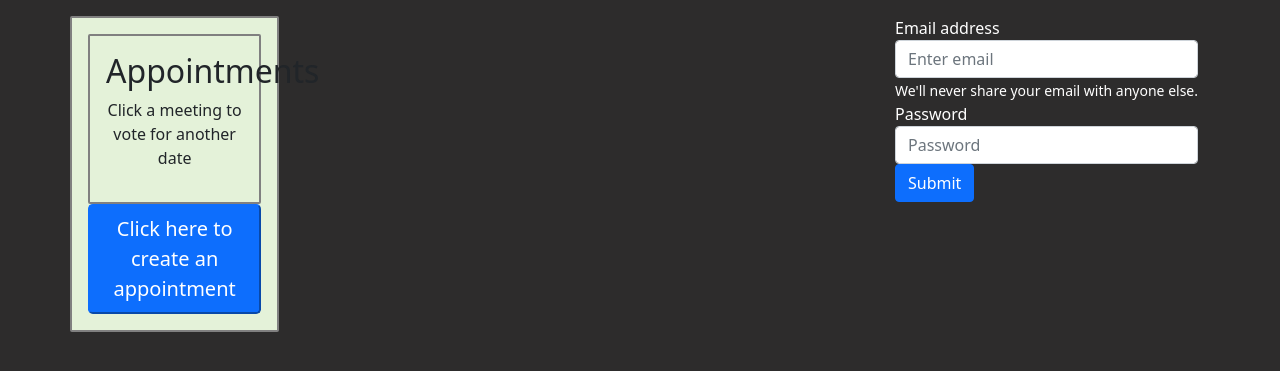
Repository: wlichon/Semesterprojekt
Page: index.html
The author's editor kept a copy of each file at every save. The page is drawn from the files as they stood at one save, then again after the next save.
The browser window is 1280 px wide. The pictures show the whole page.
The page's requests for data from a server got no answer. Some web libraries are served in a nearby version.

Above is the page before, as saved 2022-04-22 20:38:43.

### index.html
<!DOCTYPE html>
<html lang="en">
<head>
    <link href="https://cdn.jsdelivr.net/npm/bootstrap@5.1.3/dist/css/bootstrap.min.css" rel="stylesheet" integrity="sha384-1BmE4kWBq78iYhFldvKuhfTAU6auU8tT94WrHftjDbrCEXSU1oBoqyl2QvZ6jIW3" crossorigin="anonymous">
    <link rel="stylesheet" href="https://cdn.jsdelivr.net/npm/bootstrap-icons@1.8.1/font/bootstrap-icons.css">
    <script
    src="https://code.jquery.com/jquery-3.6.0.min.js"
    integrity="sha256-/xUj+3OJU5yExlq6GSYGSHk7tPXikynS7ogEvDej/m4="
    crossorigin="anonymous"></script>
    <script src="https://cdnjs.cloudflare.com/ajax/libs/jqueryui/1.12.1/jquery-ui.min.js" integrity="sha512-uto9mlQzrs59VwILcLiRYeLKPPbS/bT71da/OEBYEwcdNUk8jYIy+D176RYoop1Da+f9mvkYrmj5MCLZWEtQuA==" crossorigin="anonymous" referrerpolicy="no-referrer"></script>
    <meta charset="UTF-8">
    <meta http-equiv="X-UA-Compatible" content="IE=edge">
    <meta name="viewport" content="width=device-width, initial-scale=1.0">
    <link rel="stylesheet" href="frontend/css/mystyle.css">
    <script src="frontend/script/script.js" defer></script>
    <title>Appointment Finder</title>
</head>
<body class="d-flex justify-content-center">
    <div class="container m-3 d-flex justify-content-center">
        <div class="events row flex-grow-1" id="events">
            <div class="col-md-3 d-flex justify-content-between" style="flex-direction: column">

                <div class="col">
                    <h2 class="align-self-center">Appointments</h2>
                    <p class="">Click a meeting to vote for another date</p>
                </div>
                <button class = "btn-primary btn-lg" id = "createappointment"> Click here to create an appointment</button>


                </div>
             </div>

            <div class="appointments row flex-grow-1" id="appointments">
                <div class="col-md d-flex justify-content-between" style="flex-direction: column">
                    <div class="row h-80">
                        <div class="col">
                           <h2 class="align-self-center">Options</h2>
                        </div>
                    </div>
                    <div class="row inputs h-20 align-self-bottom">
                        <div class="col-md">
                            <i class="bi bi-person-circle m-1"></i><input type="text" placeholder="Name">
                        </div>
                    </div>

                </div>




                <!--
                    <div id = "appointment"
                <div class="col-md">
                    <div class="row h-80">
                        <div class="col wrapper">
                            <h4>Dez</h4>
                            <h3>23</h3>
                            <p>Mi</p>
                            <p>11:40</p>
                            <p>13:00</p>
                        </div>
                    </div>
                    <div class="row inputs h-20">
                        <div class="col-md"><input class="form-check-input" type="checkbox" value=""></div>
                    </div>


                </div>
                <div class="btn btn-primary col-auto p-1" id="lslide">
                    <i class="bi bi-chevron-left"></i>
                </div>

                <div class="row mt-5 comment">
                    <div class="input-group input-group-lg">
                        <span class="input-group-text" id="inputGroup-sizing-lg">Comment</span>
                        <input type="text" class="form-control" aria-label="Sizing example input" aria-describedby="inputGroup-sizing-lg">
                        <button class="btn btn-outline-secondary bg-primary text-white" type="button" id="submit">Submit</button>
                    </div>
                </div>
            -->
        </div>
        <form id = "createappointmentform">
            <div class="form-group">
              <label for="exampleInputEmail1" class ="text-white">Email address</label>
              <input type="email" class="form-control" id="exampleInputEmail1" aria-describedby="emailHelp" placeholder="Enter email">
              <small id="emailHelp" class="form-text text-white">We'll never share your email with anyone else.</small>
            </div>
            <div class="form-group">
              <label for="exampleInputPassword1" class ="text-white">Password</label>
              <input type="password" class="form-control" id="exampleInputPassword1" placeholder="Password">
            </div>
            <button type="submit" class="btn btn-primary">Submit</button>
          </form>

            </div>


    <script src="https://cdn.jsdelivr.net/npm/bootstrap@5.1.3/dist/js/bootstrap.bundle.min.js" integrity="sha384-ka7Sk0Gln4gmtz2MlQnikT1wXgYsOg+OMhuP+IlRH9sENBO0LRn5q+8nbTov4+1p" crossorigin="anonymous"></script>
</body>
</html>

### frontend/css/mystyle.css
[class*="col"]{
    text-align:center;
    border: 2px solid grey;
    padding: 1rem;
    border-radius: 2px;
    background-color:rgb(228, 242, 217);
}

.bi-person-circle{
    font-size: 1.5rem;
}

.inputs > div{
    background-color: rgb(89, 209, 61);
}

body{
    background-color:rgb(45, 44, 44);
}

.wrapper{
    border-radius: 5px;
    border: none;
    background-color: lightcyan;
}

.container{
    border-radius: 5px;
}

#lslide{
    background-color:blue;
    border-radius:10px;
}

.event{
    cursor: pointer;
}

.event:hover{
    background-color:blue;
}

.noevent:hover{
    pointer-events: none;
}

### frontend/script/script.js
"use strict";
var months = ["Jan", "Feb", "Mar", "Apr", "May", "Jun", "Jul", "Aug", "Sep", "Oct", "Nov", "Dec"];
var days = ["Mon", "Tue", "Wed", "Thu", "Fri", "Sat", "Sun"];
var slidebutton = "<div class='btn btn-primary col-auto p-1' id='lslide'><i class='bi bi-chevron-left'></i></div>";
var commentbar = "<div class='row mt-5 comment'><div class='input-group input-group-lg'><span class='input-group-text' id='inputGroup-sizing-lg'>Comment</span><input type='text' class='form-control' aria-label='Sizing example input' aria-describedby='inputGroup-sizing-lg'><button class='btn btn-outline-secondary bg-primary text-white' type='button' id='submit'>Submit</button></div></div>";
$(function () {
    $("#appointments").hide();
    $("#events").hide();
    $.ajax({
        type: "GET",
        url: "backend/serviceHandler.php",
        cache: false,
        data: { function: "loadAppointments" },
        dataType: "json",
        success: function (response) {
            // bei sucess liefert loadAppointments ein Array mit den ganzen Appointments in dem Format:
            //  Appointment("25-06-2027", "Meeting4", "22-05-2025 19:30:00", "18:00", "18:30", [2, 3]) also:
            // Appointment("Tag-Monat-Jahr", "MeetingNummer", "ExpirationDate", "UhrzeitBeginn", "Uhrzeitende", "OptionsID");
            // Appointment ($date,$title,$votingExpirationDate,$begin,$end,$optionIDs)3222
            console.log("success");
            $.each(response, function (i, val) {
                var counter = 1;
                var date = new Date(val["date"]["date"]);
                var month = months[date.getMonth()];
                var day = days[date.getDay()];
                var dayOfMonth = date.getDate();
                var year = date.getFullYear();
                var expiration = val["votingExpirationDate"]["date"].substr(0, 19);
                var begin = val["begin"]["date"].substr(11).substr(0, 8);
                var end = val["end"]["date"].substr(11).substr(0, 8);
                var id = val["optionIDs"];
                $("#events").append("<div class='col-md-2 event' id =" + counter + " + data=" + id + ">" +
                    "<div class='col wrapper'>" +
                    "<h2>" + val["title"] + "</h2>" +
                    "<h4>" + month + "</h4>" +
                    "<h3>" + dayOfMonth + "</h3>" +
                    "<p>" + day + "</p>" +
                    "<p>Begins: " + begin + "</p>" +
                    "<p>Ends: " + end + "</p>" +
                    "<h6><p>Voting ends:</p>" +
                    "<p>" + expiration + "</p></h6>" +
                    "</div> </div>");
                var isexpired = new Date(expiration);
                var today = new Date();
                if (isexpired <= today) {
                    $("#" + counter).append("<h5 class = 'mt-3' > abgelaufen! </h5>");
                    $("#" + counter).attr("class", "col-md-2 noevent");
                }
                counter++;
            });
        },
        complete: function () {
            $(".event").on('click', function (e) {
                var self = e.currentTarget; // Element was das Klick getriggert hat
                $("#events").hide("slide", { direction: "left" }, 1000, function () {
                    console.log(self);
                    var optionIDs_string = self.getAttribute("data");
                    var optionIDs = Array.from(optionIDs_string.split(","));
                    console.log(optionIDs);
                    $.ajax({
                        type: "GET",
                        url: "backend/serviceHandler.php",
                        cache: false,
                        data: { function: "loadOptions", param: optionIDs },
                        dataType: "json",
                        success: function (response) {
                            console.log("success");
                            console.log(response);
                            $.each(response, function (i, val) {
                                var date = new Date(val["date"]["date"]);
                                console.log("loop");
                                var month = months[date.getMonth()];
                                var day = days[date.getDay()];
                                var dayOfMonth = date.getDate();
                                var year = date.getFullYear();
                                var begin = val["begin"]["date"].substr(11).substr(0, 8);
                                var end = val["end"]["date"].substr(11).substr(0, 8);
                                $("#appointments").append("<div class='col-md'>" +
                                    "<div class='col-md event'>" +
                                    "<div class='col wrapper'>" +
                                    "<h4>" + month + "</h4>" +
                                    "<h3>" + dayOfMonth + "</h3>" +
                                    "<p>" + day + "</p>" +
                                    "<p>Begins: " + begin + "</p>" +
                                    "<p>Ends: " + end + "</p>" +
                                    "</div></div>" +
                                    "<div class='row inputs h-20'>" +
                                    "<div class='col-md'><input class='form-check-input' type='checkbox' value=''></div></div></div>");
                            });
                            $("#appointments").append(slidebutton + commentbar);
                            $("#lslide").on('click', slidebar);
                        },
                        error: function (response) {
                            console.log("failure");
                        }
                    }),
                        setTimeout(function () { return $("#appointments").show("slide", 1000); }, 100);
                });
            });
            $("#events").show("slide", 1000);
        },
        error: function (e) {
            console.log("failure");
        }
    });
    console.log("hi");
    $("#submit").on('click', function () {
        console.log($("#test").prop("checked"));
    });
});
var optionNameInput = '<div class="col-md d-flex justify-content-between" style="flex-direction: column">' +
    '<div class="row h-80">' +
    '<div class="col">' +
    '<h2 class="align-self-center">Options</h2>' +
    '</div>' +
    '</div>' +
    '<div class="row inputs h-20 align-self-bottom">' +
    '<div class="col-md">' +
    '<i class="bi bi-person-circle m-1"></i><input type="text" placeholder="Name">' +
    '</div>' +
    '</div>' +
    '</div>';
function slidebar() {
    $("#appointments").hide("slide", { direction: "left" }, 1000, function () {
        $("#appointments").empty().append(optionNameInput);
        $("#events").show("slide", 1000);
    });
}

After the next save:
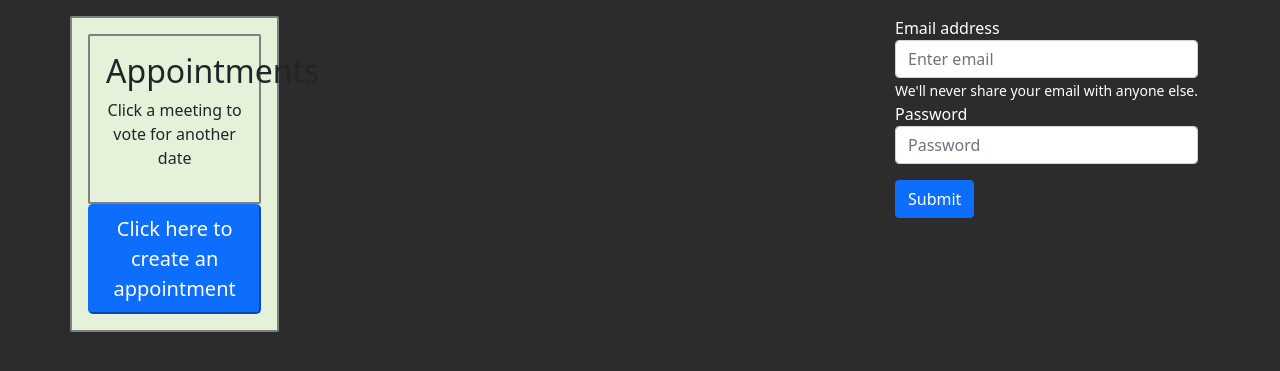
Saved 30 s later.
--- a/index.html
+++ b/index.html
@@ -89,7 +89,7 @@
               <label for="exampleInputPassword1" class ="text-white">Password</label>
               <input type="password" class="form-control" id="exampleInputPassword1" placeholder="Password">
             </div>
-            <button type="submit" class="btn btn-primary">Submit</button>
+            <button type="submit" class="btn btn-primary mt-3">Submit</button>
           </form>
 
             </div>
